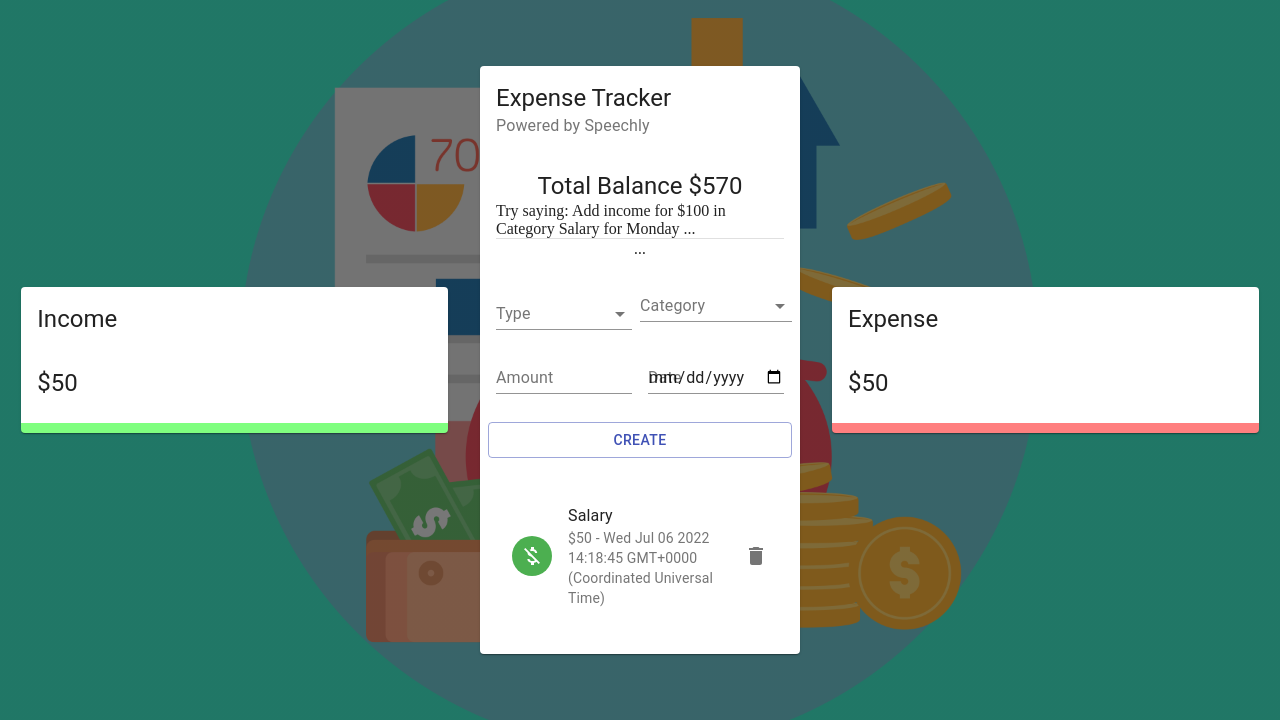
Repository: akinolapo/expense-tracker
Page: /
The author's editor kept a copy of each file at every save. The page is drawn from the files as they stood at one save, then again after a run of saves.
The browser window is 1280 px wide. The pictures show the whole page.
The project was rebuilt for these pictures with package versions that can differ from the ones it lists, and the page was loaded fresh each time.

Above is the page before, as saved 2022-07-06 14:23:19.

### src/index.js
import React from "react";
import ReactDom from 'react-dom';

import App from './App';
import './index.css'

ReactDom.render(<App/>, document.getElementById('root'));

### src/App.js
import React from 'react';
import {Grid} from '@material-ui/core'

import Details from './componets/Details/Details';
import Main from './componets/Main/Main';
import useStyles from './styles'

const App = () => {
    const classes = useStyles()
  return (
    <div>
        <Grid className={classes.grid} container spacing={0} alignItems="center" justify="center" style={{height: '100vh'}}>
            <Grid item xs={12} sm={4}>
                <Details title="Income"/>
            </Grid>
            <Grid item xs={12} sm={3}>
                <Main/>
            </Grid>
            <Grid item xs={12} sm={4}>
                <Details title="Expense"/>
            </Grid>
        </Grid>
    </div>
  )
}

export default App

### src/index.css
#root, body, html {
    height: 100%;
    margin: 0;
}

body{
    background: linear-gradient(rgba(0, 0, 0, .5), rgba(0, 0, 0, .5)), url(./assets/money.png);
    background-size: cover;
}

### src/componets/Details/Details.jsx
import React from 'react'
import {Card, CardHeader, CardContent, Typography} from '@material-ui/core'
import { Doughnut } from 'react-chartjs-2'

import useStyles from './styles'

const Details = ({title}) => {
    const classes = useStyles()
  return (
    <Card className={title === 'Income' ? classes.income : classes.expense}>
    <CardHeader title={title}/>
    <CardContent>
      <Typography variant="h5">$50</Typography>
      {/* <Doughnut data={chartData} /> */}
    </CardContent>
  </Card>
  )
}

export default Details

### src/componets/Main/Main.jsx
import React from 'react'
import { Card, CardHeader, CardContent, Typography, Grid, Divider } from '@material-ui/core'

import useStyles from './styles'
import Form from './Form/Form'
import List from './List/List'

const Main = () => {
    const classes = useStyles()
    return (
        <Card className={classes.root}>
            <CardHeader title="Expense Tracker" subheader="Powered by Speechly" />
            <CardContent>
                <Typography align='center' variant='h5'>Total Balance $570</Typography>
                <Typography variant='subtitle' style={{ lineHeight: '1.5em, marginTop: 20px,' }}>
                    {/* InfoCard */}
                    Try saying: Add income for $100 in Category Salary for Monday ...
                </Typography>
                <Divider />
                <Form/>
            </CardContent>
            <CardContent className={classes.CardContent}>
                <Grid container spacing={2}>
                    <Grid item xs={12}>
                        <List/>
                    </Grid>
                </Grid>
            </CardContent>
        </Card>
    )
}

export default Main

### src/componets/Main/Form/Form.jsx
import React from 'react'
import { TextField, Typography, Grid, Button, FormControl, InputLabel, Select, MenuItem } from '@material-ui/core'

import useStyles from './styles'

const Form = () => {
    const classes = useStyles()
  return (
    <Grid container spacing={2}>
        <Grid item xs={12}>
            <Typography align='center' variant='subtitle2' gutterBottom>
                ...
            </Typography>
        </Grid>
        <Grid item xs={6}>
            <FormControl fullWidth>
                <InputLabel>Type</InputLabel>
                <Select>
                    <MenuItem value="Income">Income</MenuItem>
                    <MenuItem value="Expense">Expense</MenuItem>
                </Select>
            </FormControl>
        </Grid>
        <Grid itme xs={6}>
            <FormControl fullWidth>
                <InputLabel>Category</InputLabel>
                <Select>
                    <MenuItem value="Business">Business</MenuItem>
                    <MenuItem value="Salary">Salary</MenuItem>
                </Select>
            </FormControl>
        </Grid>
        <Grid item xs={6}>
            <TextField type="number" label="Amount" fullWidth/>
        </Grid>
        <Grid item xs={6}>
            <TextField type="date" label="Date" fullWidth/>
        </Grid>
        <Button className={classes.button} variant="outlined" color="primary" fullWidth>Create</Button>
    </Grid>
  )
}

export default Form

### src/componets/Main/List/List.jsx
import React from 'react'
import { List as MUIList, ListItem, ListItemAvatar, Avatar, ListItemText, ListItemSecondaryAction, IconButton, Slide } from '@material-ui/core';

import { Delete, MoneyOff } from '@material-ui/icons'

import useStyles from './styles'

const List = () => {
    const classes = useStyles()

    const transactions = [
        { id: 1, type: "Income", category: "Salary", amount: "50", date: new Date()}
    ]
  return (
    <MUIList dense={false} className={classes.list}>
        {transactions.map((transaction) =>(
            <Slide direction='down' in mountOnEnter unmountOnExit key={transaction.id}>
                <ListItem>
                    <ListItemAvatar>
                        <Avatar className={transaction.type === 'Income' ? classes.avatarIncome : classes.avatarExpense}>
                            <MoneyOff/>
                        </Avatar>
                    </ListItemAvatar>
                    <ListItemText primary={transaction.category} secondary={`$${transaction.amount} - ${transaction.date}`}/>
                    <ListItemSecondaryAction>
                        <IconButton edge="end" aria-label='delete' onClick= "">
                            <Delete/>
                        </IconButton>
                    </ListItemSecondaryAction>
                </ListItem>
            </Slide>
        ))}
    </MUIList>
  )
}

export default List

Loaded but not shown: public/index.html (common file); src/styles.js (common file); src/componets/Details/styles.js (common file); src/componets/Main/styles.js (common file); src/componets/Main/Form/styles.js (common file); src/componets/Main/List/styles.js (common file)

After the next 2 saves:
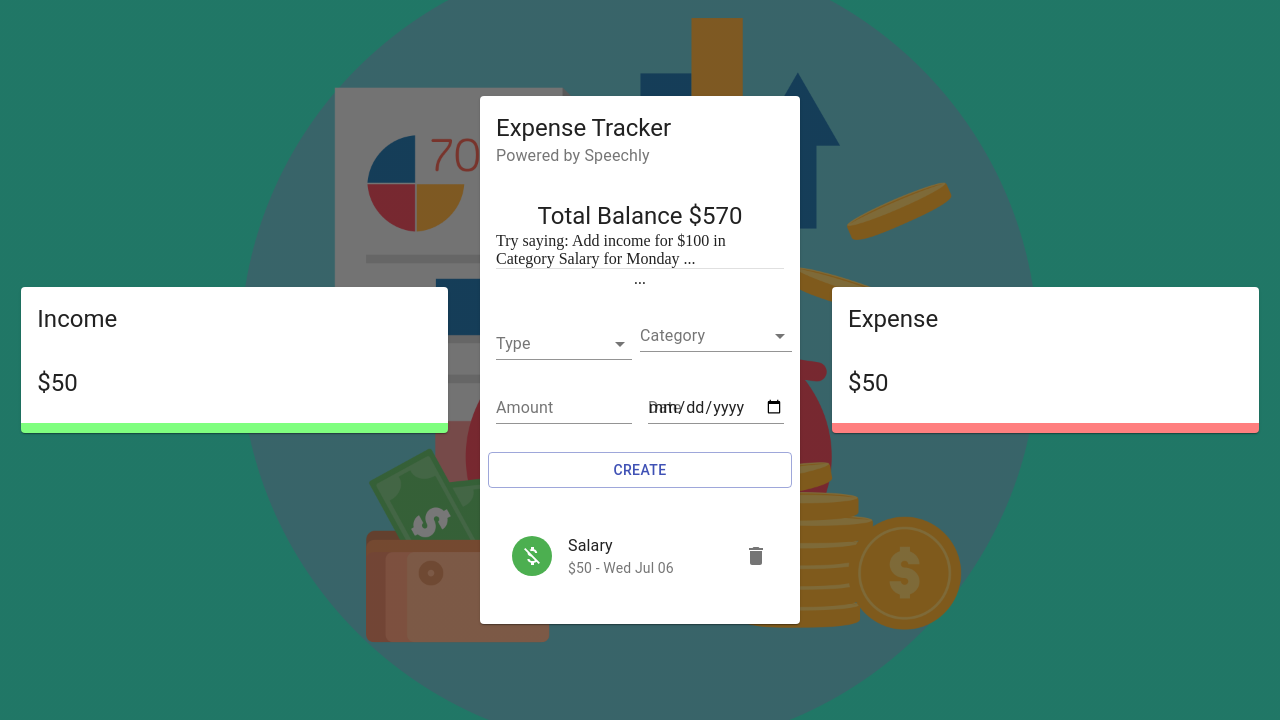
The 2 saves are shown as one change because they came seconds apart.
The last was saved 58 s later.
--- a/src/componets/Main/List/List.jsx
+++ b/src/componets/Main/List/List.jsx
@@ -9,7 +9,7 @@ const List = () => {
     const classes = useStyles()
 
     const transactions = [
-        { id: 1, type: "Income", category: "Salary", amount: "50", date: new Date()}
+        { id: 1, type: "Income", category: "Salary", amount: "50", date: "Wed Jul 06"}
     ]
   return (
     <MUIList dense={false} className={classes.list}>
